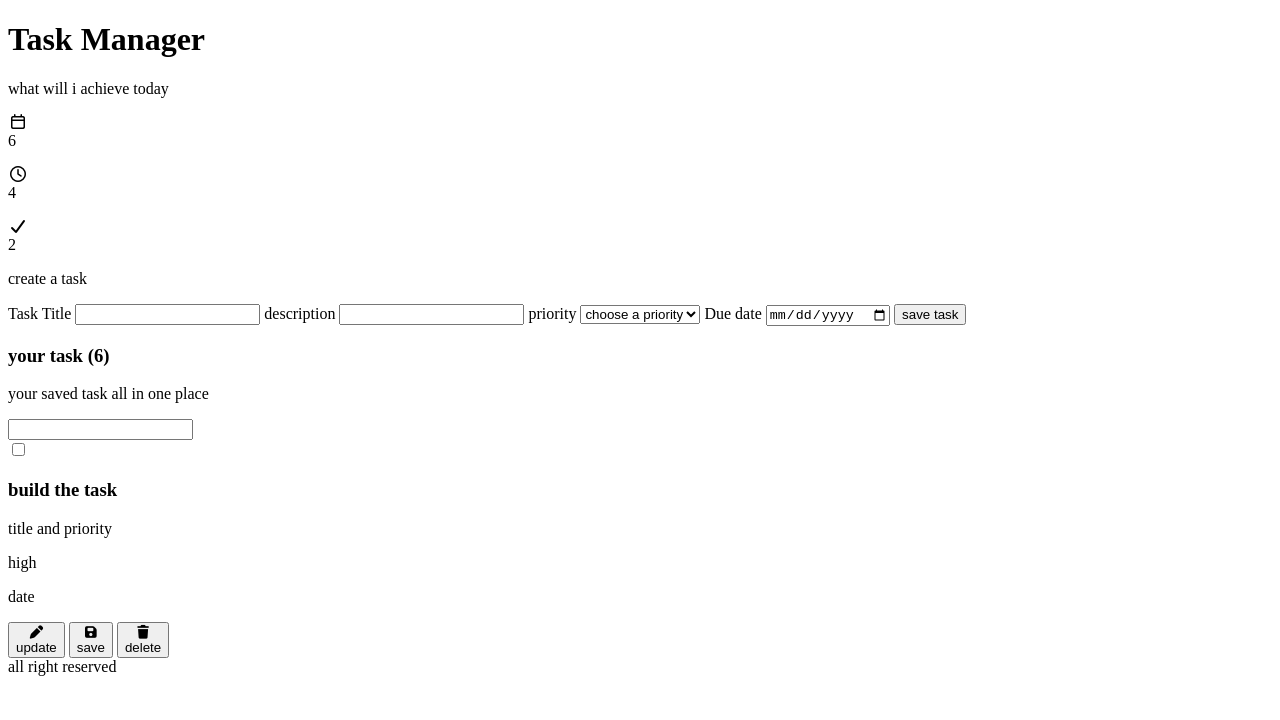
Repository: XDENTERTAINMENT/task-manager-groupwork
Page: index.html
The author's editor kept a copy of each file at every save. The page is drawn from the files as they stood at one save, then again after a run of saves.
The browser window is 1280 px wide. The pictures show the whole page.

Above is the page before, as saved 2026-10-23 21:50:52.

After the next 2 saves:
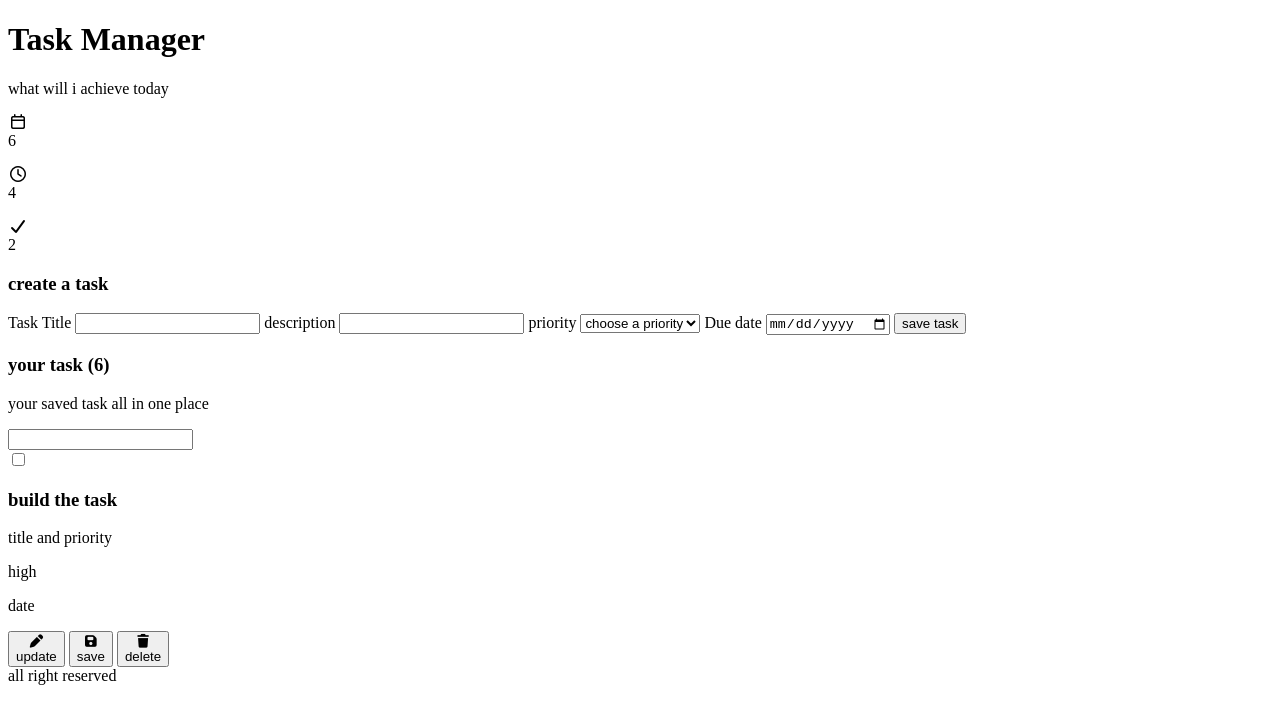
The 2 saves are shown as one change because they came seconds apart.
The last was saved 12 s later.
--- a/index.html
+++ b/index.html
@@ -37,7 +37,7 @@
       <div class="create-task">
 
           <div>
-            <p>create a task</p></div>
+            <h3>create a task</p></div>
        <form action="submit">
 
            <label for="title">
